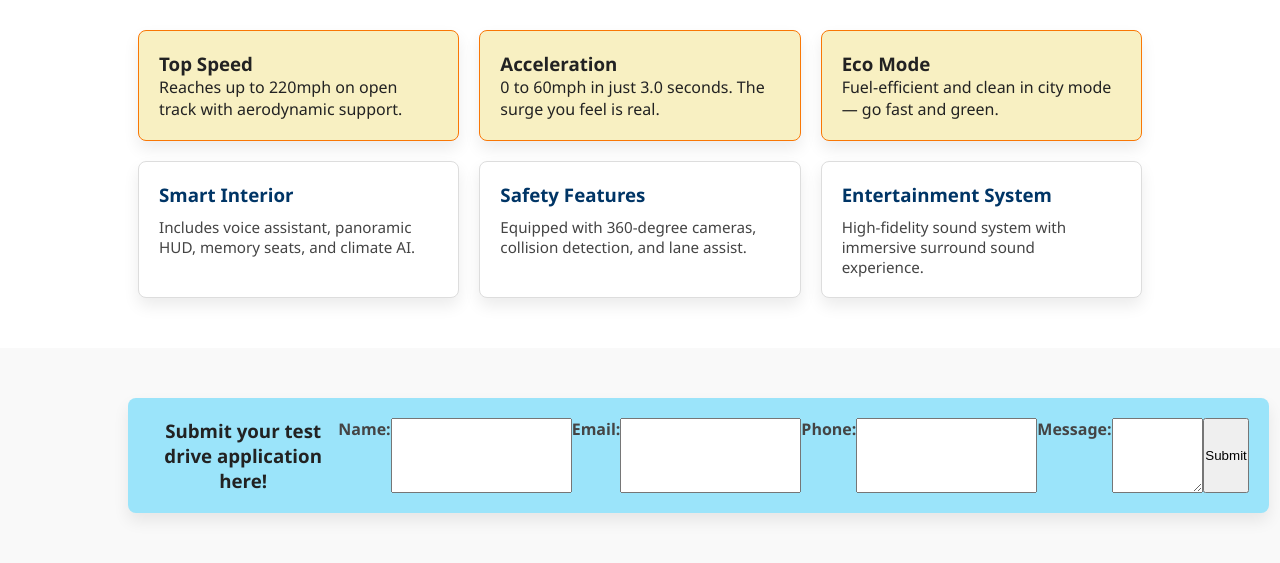
Repository: JiaheSu22/vrooom-responsive-main
Page: index.html
These files come from the project's save history. The page is drawn as it stood at one moment and after the next save; the edit follows.
The browser window is 1280 px wide. The pictures show the part of the page from y = 740 to 1303 px (the page is 1303 px tall).
A picture or video elsewhere on the page could not be fetched, so the positions and the page height are approximate.

Above is the page before, as saved 2025-04-11 14:36:19.

After the next save:
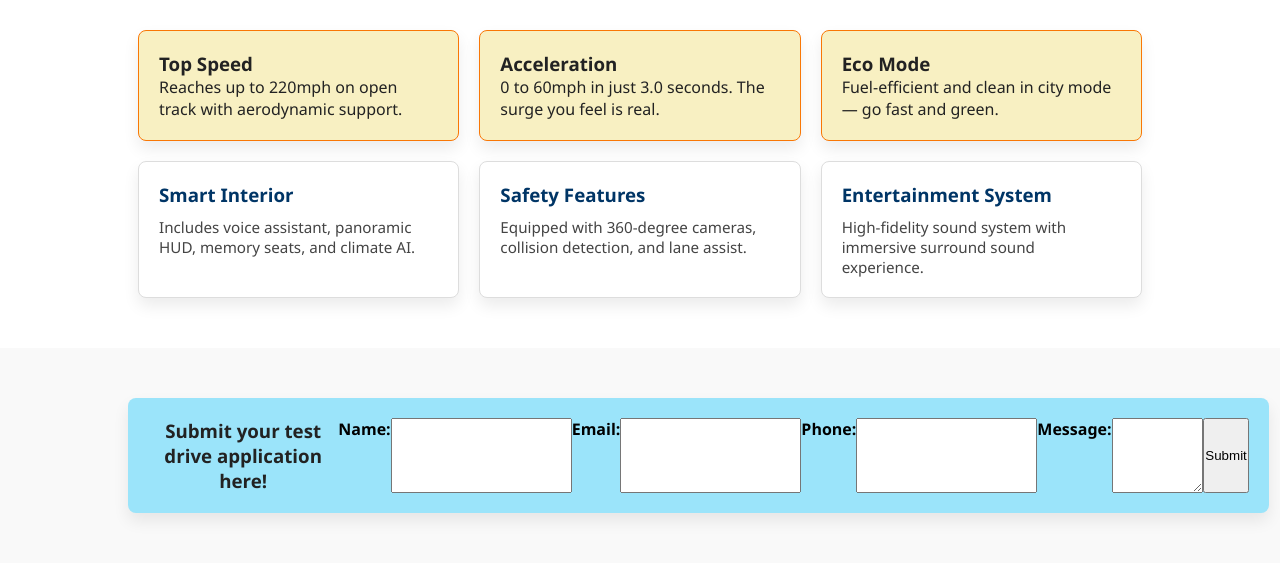
Saved 16 s later.
--- a/index.html
+++ b/index.html
@@ -169,7 +169,7 @@
       display: block;
       font-weight: bold;
       margin-bottom: 5px;
-      color: #444;
+      color: #000000;
     }
 
     /* Responsive Adjustments */
